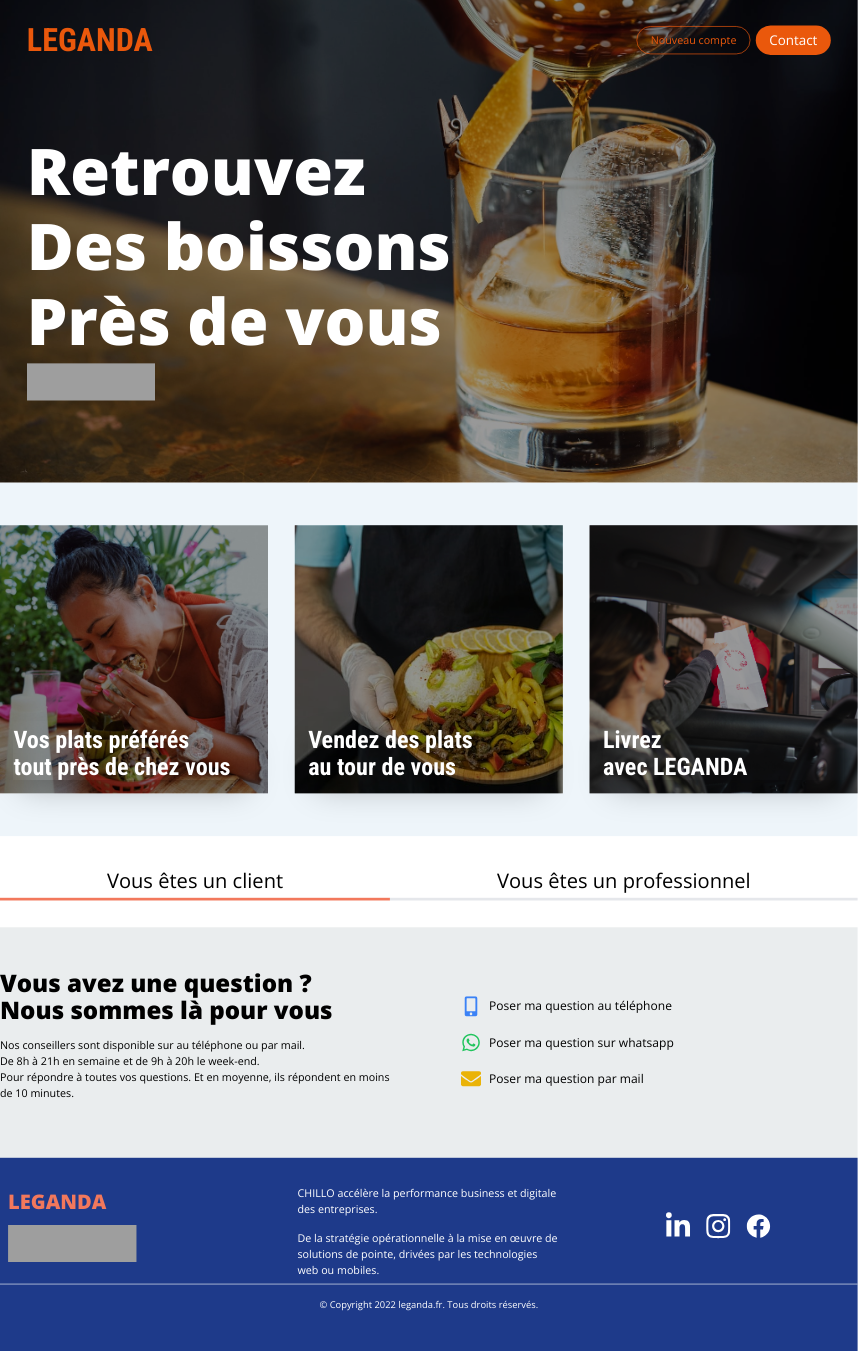
Repository: chillo-tech/website-leganda
Page: /
These files come from the project's save history. The page is drawn as it stood at one moment and after the next save; the edit follows.
The browser window is 1280 px wide. The pictures show the whole page, at 67% of full size.
Pictures or frames that could not be fetched are drawn as grey boxes. The project was rebuilt for these pictures with package versions that can differ from the ones it lists, and the page was loaded fresh each time. Some packages were replaced by stand-ins written for this rebuild. The framework's server and built-in components were replaced by stand-ins that run in the browser. Also part of the build but not shown: next.config.js, components/header/items/SearchBar.tsx.

Above is the page before, as saved 2023-02-09 11:28:59.

### pages/_document.tsx
import { Html, Head, Main, NextScript } from 'next/document'
import Footer from '../components/footer/Footer';

export default function Document() {
	return (
		<Html className="scroll-smooth">
			<Head>
        <link rel="preconnect" href="https://fonts.googleapis.com"/>
        <link rel="preconnect" href="https://fonts.gstatic.com"/>
        <link href="https://fonts.googleapis.com/css2?family=Open+Sans:ital,wght@0,300;0,800;1,800&family=Roboto&family=Roboto+Condensed:wght@700&display=swap" rel="stylesheet"/>
        <link rel="icon" href="/favicon.ico" />
			</Head>
			<body className='flex flex-col h-screen justify-between'>
				<Main />
				<NextScript />
				<Footer />
        <script defer type="text/javascript" src="https://maps.googleapis.com/maps/api/js?key=AIzaSyBoBBvzxlRlkbfYzZcHp8ALOwBk3YjfB-I&libraries=places" />
			</body>
		</Html>
	)
}

### styles/globals.css
@tailwind base;
@tailwind components;
@tailwind utilities;
body {
  font-family: 'Open Sans', 'Roboto', sans-serif;
}
.title {
  font-family: 'Roboto Condensed', sans-serif;
}
@layer base {
  [type="text"],
  [type="email"],
  [type="url"],
  [type="password"],
  [type="number"],
  [type="date"],
  [type="datetime-local"],
  [type="month"],
  [type="search"],
  [type="tel"],
  [type="time"],
  [type="week"],
  [multiple],
  textarea,
  select {
    @apply w-full border-gray-300 rounded-lg shadow-sm focus:border-blue-500 focus:ring-blue-500;
  }
  [type="checkbox"],
  [type="radio"] {
    @apply border-gray-300 rounded text-blue-600 focus:ring-blue-500;
  }
}

.bg-site-blue {
    background-color: #86aec0;
    color: #000000;
}

.bg-site-orange {
    background-color: #f6ac9f;
}

.color-site-blue {
   color: #86aec0;
}

.color-site-orange {
    color: #f2785c;
}

.home-page-article {
  min-height: 400px;
}

### context/search-context-provider.tsx
import { SearchParams } from '../types';
import { Context,createContext, useMemo, useReducer, useCallback } from 'react'
import SearchReducer from './SearchReducer';
import { Param } from '../types/Param';
import { INITIAL_STATE, UPDATE_SEARCH_CRITERIA } from '../utils';
import { SearchContextData } from '../types/SerchContextData';
type Props = {
  children: JSX.Element,
};
export const SearchContext = createContext<SearchContextData>({state: INITIAL_STATE});
function SearchContextProvider({children}: Props) {
  const [state, dispatch] = useReducer(SearchReducer, INITIAL_STATE);

  const update = useCallback(
    (data: Param) =>
      dispatch({
        type: UPDATE_SEARCH_CRITERIA,
        data
      }),
    [],
  );
  const value = useMemo(
    () => ({state, update }),
    [state,update],
  );
  return (
    <SearchContext.Provider value={value}>
      {children}
    </SearchContext.Provider>
  )
}

export default SearchContextProvider;

### components/footer/Footer.tsx

import React from 'react';
import { FaFacebook, FaInstagram, FaLinkedinIn } from 'react-icons/fa';
import Link from 'next/link'
import { cn, STORES } from '../../utils';
import Image from 'next/image';
function Footer() {
	return (
			<footer className="bg bg-blue-900 text-white pb-10 pt-10 font-extralight flex flex-col" id="a-propos-de-nous">
				<div className="container mx-auto px-3">
					<div className="grid grid-cols-1 gap-10 md:grid-cols-3 md:p-0 items-center">
						<div className="presentation">
              <Link href='/' className='mb-5 color-site-orange uppercase font-extrabold text-3xl'>LEGANDA
              </Link>
              <p className="flex py-4 items-center justify-center md:justify-start">
                {STORES.filter((item: any) => item.active).map((item: any, index: number) => (
                    <Link
                        href="#"
                        target="_blank"
                        key={`liens-${index}`}
                        className="block items-center py-2 w-48 h-14 relative">
                      <Image
                          fill={true}
                          src={`/images/${item.image}`}
                          alt={item?.label}
                      />
                    </Link>
                ))}
              </p>
						</div>
						<div className="presentation">
							<p className='mb-5'>CHILLO accélère la performance business et digitale des entreprises. </p>
							<p>De la stratégie opérationnelle
								à la mise en œuvre de solutions de pointe, drivées par les technologies web ou mobiles.</p>
						</div>
						<div className="presentation flex flex-col items-center justify-center">
							<div className='px-10 flex items-center justify-between text-center'>
								<FaLinkedinIn color='text-slate-300' className='px-3 text-6xl'/>
								<FaInstagram className='px-3 text-6xl'/>
								<FaFacebook className='px-3 text-6xl'/>
							</div>
							<div className='py-2'>

							</div>
						</div>
					</div>
				</div>
				<div className="copyright border-top-1 mt-2 font-light">
					<div className="container py-5 text-sm mx-auto text-center border-solid border-t border-slate-200">
						&copy; Copyright {(new Date()).getFullYear()} leganda.fr. Tous droits réservés.
					</div>
				</div>
			</footer>

	);
}

export default Footer;

### components/questions/Questions.tsx
import Link from 'next/link'
import React from 'react'
import { FaEnvelope, FaMobileAlt, FaWhatsapp } from 'react-icons/fa'

function Questions() {
  return (
    <section className='py-16 bg-app-light-green'>
        <div className="container grid md:grid-cols-2 md:gap-24 items-center px-3 md:px-0">
          <article>
            <h2 className='md:text-4xl text-3xl font-semibold text-black'>
              <p className='p-0 m-0'>Vous avez une question ?</p>
              <p className='p-0 m-0'>Nous sommes là pour vous</p>
            </h2>
            <div className='py-5'>
              <p className='p-0 m-0'>Nos conseillers sont disponible sur au téléphone ou par mail.</p>
              <p className='p-0 m-0'>De 8h à 21h en semaine et de 9h à 20h le week-end.</p>
              <p className='p-0 m-0'>Pour répondre à toutes vos questions. Et en moyenne, ils répondent en moins de 10 minutes.</p>
            </div>
          </article>
          <article>
              <Link href="tel:0033761705745" className='py-3 text-lg flex'>
                  <FaMobileAlt className='text-3xl text-blue-500 mr-3' /> Poser ma question au téléphone
              </Link>
              <Link href="whatsapp:0033761705745" className='py-3 text-lg flex'>
                  <FaWhatsapp className='text-3xl text-green-500 mr-3' /> Poser ma question sur whatsapp
              </Link>
              <Link href="mailto:armelle.leganda@gmail.com" className='py-3 text-lg flex'>
                  <FaEnvelope className='text-3xl text-yellow-500 mr-3' /> Poser ma question par mail
              </Link>
          </article>
        </div>
    </section>
  )
}

export default Questions

### components/header/Header.tsx
import { faPhone, faUser } from '@fortawesome/free-solid-svg-icons'
import { FontAwesomeIcon } from '@fortawesome/react-fontawesome'
import Link from 'next/link'
import React from 'react'
import SearchBar from './items/SearchBar'

function Header({withSearchBar = true}: {withSearchBar?: boolean}) {
  return (
    <header className="container py-4">
       <nav className='flex justify-between items-center'>
        <Link href="/" className='text-orange-600 uppercase title text-5xl'>LEGANDA
        </Link>
        {withSearchBar ? <SearchBar /> : null }
        <ul className='md:flex justify-between items-center hidden'>
          <li>
            <Link href="/" className='border border-orange-600 rounded-3xl px-5 py-2 text-orange-600 flex justify-between items-center'>
                <FontAwesomeIcon icon={faUser} className="hidden border-none text-xs mr-2" size='xs' />
                Nouveau compte
            </Link>
          </li>
          <li  className='ml-2'>
          <Link href="/" className='bg-orange-600 rounded-3xl text-xl px-5 font-medium py-2 flex text-white'>
              <FontAwesomeIcon icon={faPhone} className="hidden border-none mr-2"/>
              Contact
          </Link>
          </li>
        </ul>
      </nav>
    </header>
  )
}

export default Header

### utils/index.ts
export * from './clear-string';
export * from './DateFormat';
export * from './isValidPhoneNumber';
export * from './isValidEmail';
export * from './Endpoints';
export * from './Data';
export * from './request-options';

### components/tabs/index.tsx
import classNames from 'classnames';
import React, { useState } from 'react'

function Tabs({items}: any) {
  const [activeTab, setActiveTab] = useState("tab-0");
  return (
    <section className='container px-3 md:px-0 py-10'>
      <ul className='flex justtify-center items-center'>
        {items.map((item: any, index: number) => (
          <li key={`tab-${index}`} className={classNames('grow border-b-4',{ 'bg-white border-app-orange': activeTab === `tab-${index}` })}>
            <button type='button' className='w-full py-2 text-3xl'>{item.label}</button>
          </li>
        ))}
      </ul>
    </section>
  )
}

export default Tabs

### utils/how-it-works.ts
const HOW_IT_WORKS: any = [
  {
    "label": "Vous êtes un client"
  },
  {
    "label": "Vous êtes un professionnel"
  }
]

export {HOW_IT_WORKS}

### context/SearchReducer.ts
import { UPDATE_SEARCH_CRITERIA } from './../utils/Data';
import { Action } from './../types/Action';
import { SearchParams } from "../types";

function SearchReducer (state: SearchParams, action: Action){
  switch(action.type){
    case UPDATE_SEARCH_CRITERIA: {
        return {
          ...state,
          [action.data.key]: action.data.value
        }
    }
  }
  return state;
}

export default SearchReducer;

### utils/clear-string.ts
export const cleanString = (entry: string) => {
	return entry ? entry.replace(/^[\s\uFEFF\xA0]+|[\s\uFEFF\xA0]+$/g, '') : '';
}

### utils/DateFormat.ts
export const getFormattedDate = (entry: Date) => {
	const year = entry.getFullYear();
	const month = `0${entry.getMonth() + 1}`.slice(-2);
	const day = `0${entry.getDate()}`.slice(-2);
	return `${day}/${month}/${year}`;
};

export const getFormattedTime = (entry: Date) => {
	const hours = `0${entry.getHours()}`.slice(-2);
	const minutes = `0${entry.getMinutes()}`.slice(-2);
	return `${hours}:${minutes}`;
};

const getWeekNumber = (entry: Date) => {
	// Copy date so don't modify original
	const date = new Date(Date.UTC(entry.getFullYear(), entry.getMonth(), entry.getDate()));
	// Set to nearest Thursday: current date + 4 - current day number
	// Make Sunday's day number 7
	date.setUTCDate(date.getUTCDate() + 4 - (date.getUTCDay() || 7));
	// Get first day of year
	const yearStart = new Date(Date.UTC(date.getUTCFullYear(), 0, 1));
	// Calculate full weeks to nearest Thursday
	return Math.ceil((((Number(date) - Number(yearStart)) / 86400000) + 1) / 7);
	// Return array of year and week number

}

export const getDayAndMonthLabel = (entry: Date) => {
	const days = ['Dimanche', 'Lundi', 'Mardi', 'Mercredi', 'Jeudi', 'Vendredi', 'Samedi'];
	const months = ["Jan.", "Fev.", "Mars", "Avr.", "MaI", "Juin",
		"Jul.", "Août", "Sep.", "Oct.", "Nov.", "Dec."
	];
	return [days[entry.getDay()], months[entry.getMonth()]];
}

export const getDisplayedDate = (entry: string = "") => {
	if (!entry.trim().length) {
		return entry;
	}
	const adWeekNo = getWeekNumber(new Date(entry));
	const todayWeekNo = getWeekNumber(new Date());
	if ((adWeekNo - todayWeekNo) > 1) {
		const [dayOfDate, month, year] = getFormattedDate(new Date(entry)).split('/');
		const [dayOfWeekLabel, monthLabel] = getDayAndMonthLabel(new Date(entry));
		return `${dayOfWeekLabel}, ${dayOfDate} ${monthLabel}`;
	} else {
		const [dayOfWeekLabel] = getDayAndMonthLabel(new Date(entry));
		return dayOfWeekLabel;
	}
};

### utils/isValidPhoneNumber.ts
export const isValidPhoneNumber = (value: string) => {
	const PHONE_REGEXP = /^0[6|7]\d{8}$/
	return PHONE_REGEXP.test(value);
}

### utils/isValidEmail.ts
export const isValidEmail = (value: string) => {
	const EMAIL_REGEXP = /^\S+@\S+\.\S+$/;
	return value.trim().length ? EMAIL_REGEXP.test(value) : true;
}

### utils/Endpoints.ts
export const LOCAL_DNS = 'http://192.168.111.244:9090';//verifier ipconfig avant d'exécuter
export const PROD_DNS = "https://api.leganda.chillo.fr";
export const IMAGES_URL = `${PROD_DNS}/assets`;
export const BACKOFFICE_URL = `${PROD_DNS}/api/v1`;
export const ADS_ENDPOINT = "ad";
export const FAVORITE_ENDPOINT = "favorite";
export const ACCOUNT_ENDPOINT = "account";
export const ADDRESS_ENDPOINT = "address";
export const CATEGORY_ENDPOINT = "category";
export const GOOGLE_PACES_API_BASE_URL = 'https://maps.googleapis.com/maps/api/place';
export const GOOGLE_PACES_API_KEY = 'AIzaSyBoBBvzxlRlkbfYzZcHp8ALOwBk3YjfB-I';
export const MAP_ZOOM = 10;
export const GOOGLE_PACES_CENTER_COORDINATES = {lat: 48.117266,lng: -1.677793};

### utils/Data.ts
import {EMAIL, PHONE} from "./providers";
export const CATEGORY_BGCOLORS = [ "#BCA1F2", "#BCDDE4", "#CFEACB", "#F4E169"];
export const PLUS_FAVORITES_UPDATED = "Super cette annonce a été ajoutée à vos favoris";
export const REMOVE_FAVORITES_UPDATED = "Cette annonce a été retirée de vos favoris";
export const AUTHENTICATED_USER = "authenticatedUser";
export const MAPBOX_ACCESSTOKEN = "pk.eyJ1IjoiYWNoaWxsZW1ib3VndWVuZyIsImEiOiJja3Zvd3EzcmswaThkMnZrZ25iYmtveDBhIn0.pDR7pKL18d3iz5NoaRmWYg";
export const RESET_AD = "RESET_AD";
export const DELETE_KEY = "DELETE_KEY";
export const SET_NUMBER_OF_CHILDREN = "SET_NUMBER_OF_CHILDREN";
export const SET_ADS = "SET_ADS";
export const SET_CATS = "SET_CATS";
export const SET_CAT = "SET_CAT";
export const SET_AD = "SET_AD";
export const SET_SELECTED_ITEM_ID = "SET_SELECTED_ITEM_ID";
export const SET_STEP_INDEX = "SET_STEP_INDEX";
export const UPDATE_AD = "UPDATE_AD";
export const UPDATE_SEARCH_CRITERIA = "UPDATE_SEARCH_CRITERIA";
export const UPDATE_USER_INFOS = "UPDATE_USER_INFOS";
export const USER_TOKEN = "USER_TOKEN";
export const SIGN_IN = 'SIGN_IN';
export const SIGN_OUT = 'SIGN_OUT';
export const SIGN_UP = 'SIGN_UP';
export const RECOMMEND_TEXT = "Bonjour, j'ai découvert cette application qui a de belles annonces. Je te la recommande";
export const RESTORE_TOKEN = "RESTORE_TOKEN";
export const AD_PLACEHOLDER = ["Taro du dimanche", "20kg à destination de Yaoundé", "Carton de Guinness", "Stage de developpeur"];
export const STORES = [
	{
		image: 'google-app-store-badge.svg',
		active: true,
		path: '#',
		label: 'LEGANDA sur PLAY STORE'
	},
	{
		image: 'apple-app-store-badge.svg',
		active: false,
		path: '#',
		label: 'LEGANDA sur APPLE STORE'
	}
]
export const HEADERS_ITEMS = [
	{
		image: '/images/food.jpeg',
		active: true,
		label: 'Des mets'
	},
	{
		image: '/images/drinks.jpeg',
		active: false,
		label: 'Des boissons'
	},
	{
		image: '/images/spices.jpeg',
		active: false,
		label: 'Des épices'
	},
	{
		image: '/images/service.jpeg',
		active: false,
		label: 'Des services'
	}
]
export const INITIAL_STATE = {
		address: {city: ''}
}

export const HELP_LINK = {
	whatsapp: `whatsapp://send?text=&phone=${PHONE}`,
	sms: `sms:${PHONE}`,
	mail: `mailto:${EMAIL}`,
	phone: `tel:${PHONE}`
}

export const SHARE_LINK = {
	whatsapp: `whatsapp://send?text=`,
	sms: `sms:body=`,
	mail: `mailto:${EMAIL}`,
	phone: `tel:${PHONE}`
}

export const MORESCREEN_DATA = [
	{
		id: 'recommendations',
		title: "Recommandations",
		items: [
			{
				id: '587',
				icon: 'thumbs-up',
				name: 'sms',
				action: 'recommend',
				title: 'Recommandez notre application',
			},
			{
				id: '588',
				icon: 'facebook',
				name: 'facebook',
				action: 'recommend',
				title: 'Aimez notre page facebook',
			},
			{
				id: '589',
				icon: 'thumbs-up',
				name: 'like',
				action: 'recommend',
				title: 'Notez nous sur le store',
			}
		]
	},
	{
		id: 'assistance',
		title: "assistance",
		items: [
			{
				id: '386',
				icon: 'whatsapp',
				name: 'whatsapp',
				action: 'help',
				title: 'Posez votre question via whatsapp',
			},
			{
				id: '387',
				icon: 'sms',
				name: 'sms',
				action: 'help',
				title: 'Posez votre question  par sms',
			},
			{
				id: '389',
				name: 'mail',
				action: 'help',
				icon: 'envelope',
				title: 'Envoyez nous un mail',
			},
			{
				id: '388',
				icon: 'phone-alt',
				name: 'phone',
				action: 'help',
				title: 'Appelez nous',
			}
		]
	}
]

export const loaderProp =({ src }: {src: string}) => {
  console.log('====================================');
  console.log(src);
  console.log('====================================');
  return src;
}
export const cn = (...classes: string[]) =>{
  return classes.filter(Boolean).join(' ')
}

### utils/request-options.ts
export const getHeaders = () => ({
	'X-Requested-With': 'XMLHttpRequest',
	'Content-Type': 'application/x-www-form-urlencode',
	Accept: "application/json"
});

### utils/providers.ts


export const PHONE = "+33761705745";
export const EMAIL = "achille.mbougueng@yahoo.fr";

export const OPENCAGE_GEOCODE_API = "https://api.opencagedata.com/geocode/v1/json";
export const OPENCAGE_API_KEY = "2dd86530d37b4cf3a321d24e6c624a40";

export const MAPBOX_API_KEY = "pk.eyJ1IjoiYWNoaWxsZW1ib3VndWVuZyIsImEiOiJja3Zvd3EzcmswaThkMnZrZ25iYmtveDBhIn0.pDR7pKL18d3iz5NoaRmWYg";
export const MAPBOX_PLACES = "https://api.mapbox.com/geocoding/v5/mapbox.places";

Loaded but not shown: pages/_app.tsx (common file); tailwind.config.js (38 lines, source omitted); pages/index.tsx (146 lines, source omitted)

After the next save:
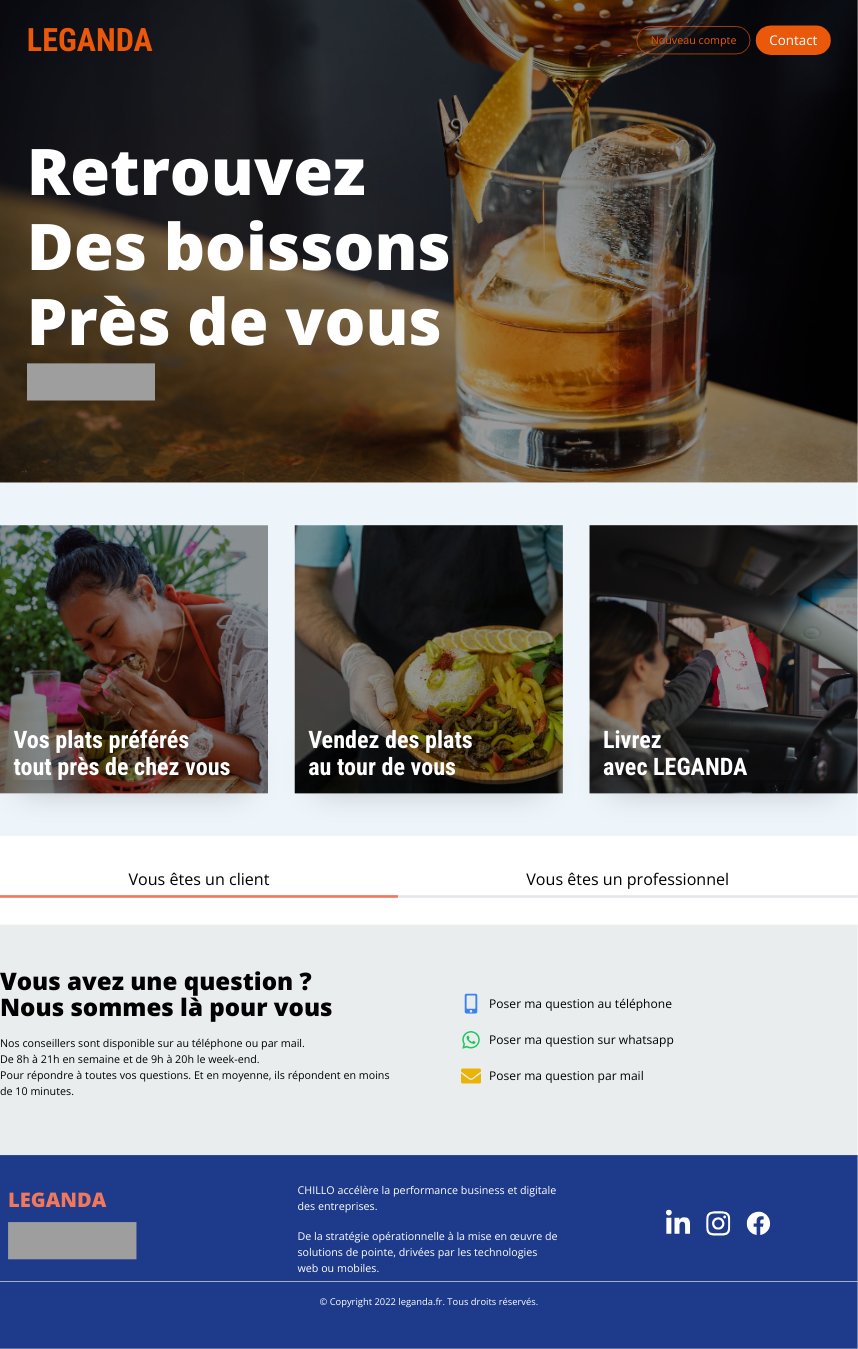
Saved 42 s later.
--- a/components/tabs/index.tsx
+++ b/components/tabs/index.tsx
@@ -5,10 +5,11 @@
   const [activeTab, setActiveTab] = useState("tab-0");
   return (
     <section className='container px-3 md:px-0 py-10'>
+
       <ul className='flex justtify-center items-center'>
         {items.map((item: any, index: number) => (
           <li key={`tab-${index}`} className={classNames('grow border-b-4',{ 'bg-white border-app-orange': activeTab === `tab-${index}` })}>
-            <button type='button' className='w-full py-2 text-3xl'>{item.label}</button>
+            <button type='button' className='w-full py-2 text-2xl'>{item.label}</button>
           </li>
         ))}
       </ul>
